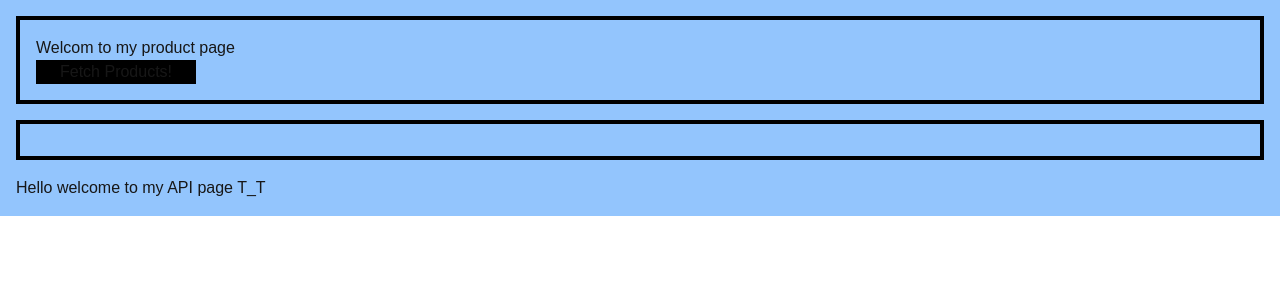
Repository: MelissaJacobi/mdia-3126
Page: /api (app in webapp-lab06/)
These files come from the project's save history. The page is drawn as it stood at one moment and after the next save; the edit follows.
The browser window is 1280 px wide. The pictures show the whole page.
The project was rebuilt for these pictures with package versions that can differ from the ones it lists, and the page was loaded fresh each time. The framework's server and built-in components were replaced by stand-ins that run in the browser. Also part of the build but not shown: webapp-lab06/next.config.mjs.

Above is the page before, as saved 2024-10-08 15:00:04.

After the next save:
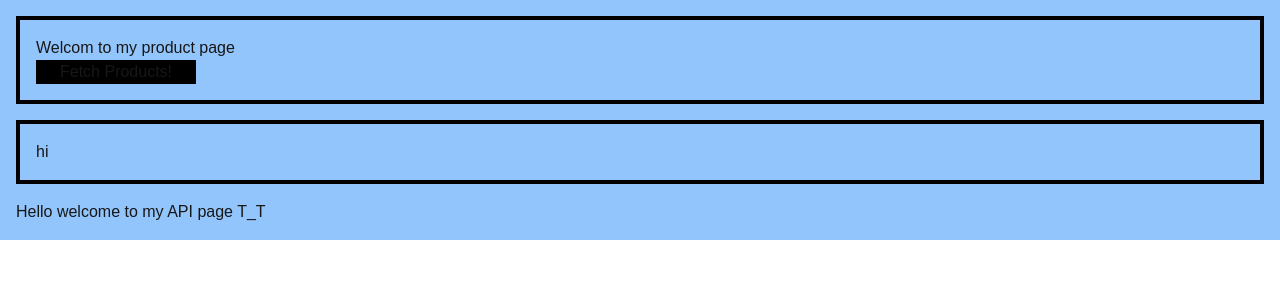
Saved 12 s later.
--- a/webapp-lab06/src/app/api/page.js
+++ b/webapp-lab06/src/app/api/page.js
@@ -20,7 +20,7 @@ export default function Page() {
         } else {
             return (
                 <div className="border-4 border-black p-4 mb-4">
-
+                    hi
                 </div>
             )
         }
